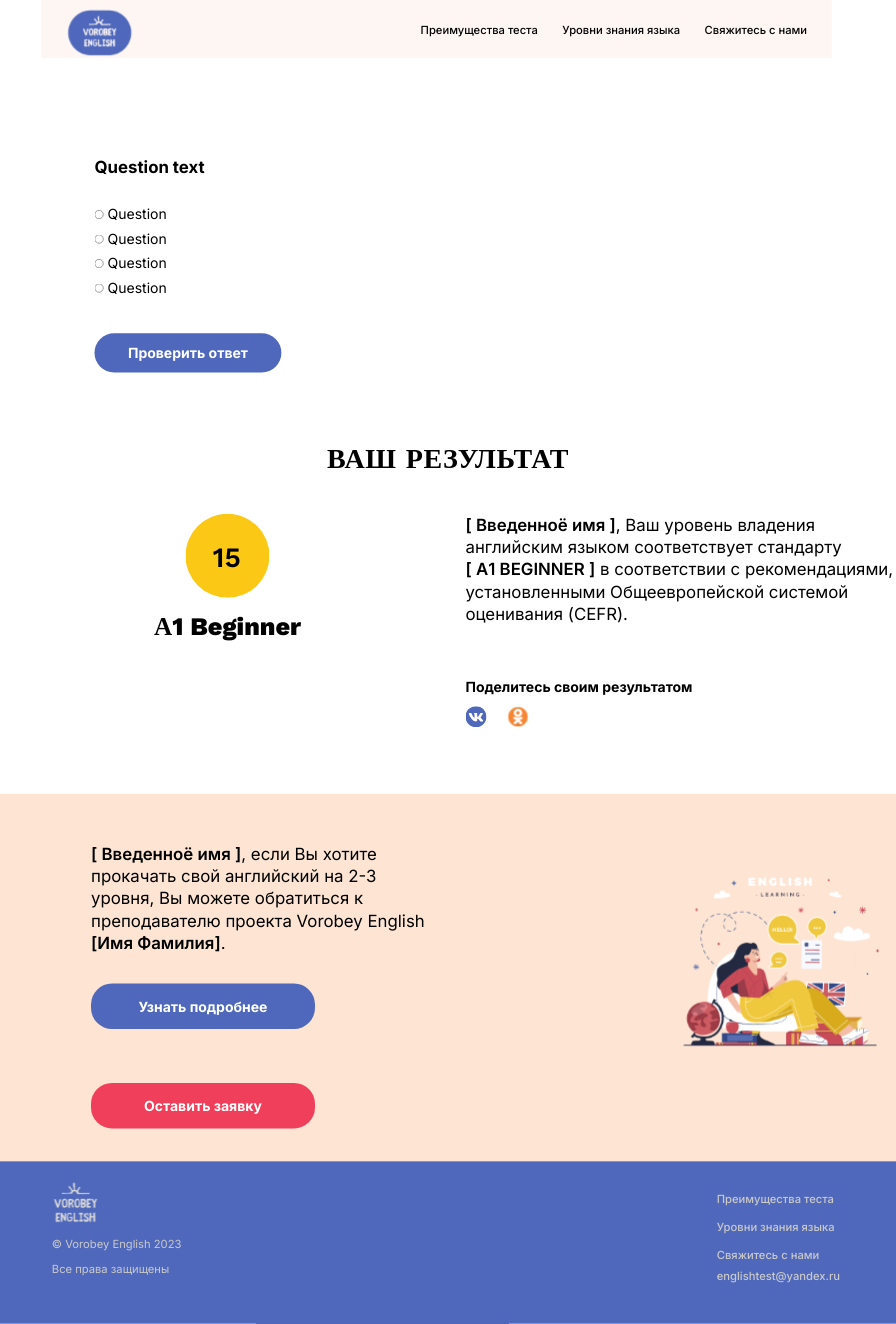
Repository: WladimirVA/PP-01-01_Dandelions
Page: test.html
The author's editor kept a copy of each file at every save. The page is drawn from the files as they stood at one save, then again after the next save.
The browser window is 1280 px wide. The pictures show the whole page, at 70% of full size.

Above is the page before, as saved 2023-02-14 16:15:17.

After the next save:
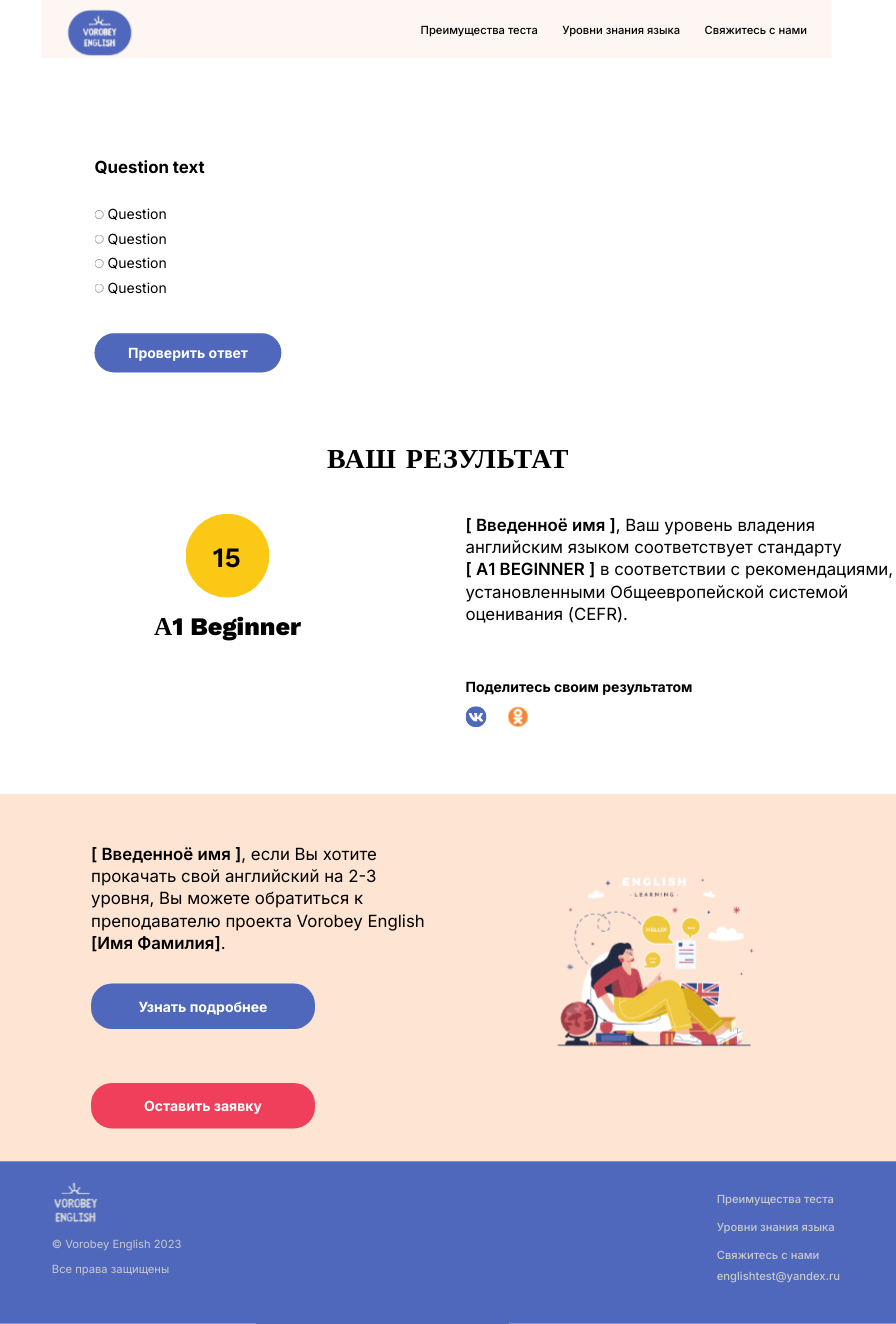
Saved 7 min 4 s later.
--- a/static/css/test.css
+++ b/static/css/test.css
@@ -172,6 +172,10 @@ body {
     line-height: 32px;
 }
 
+.appeal img {
+    margin-right: 180px;
+}
+
 .appeal-text p {
     width: 484px;
     height: 154px;
